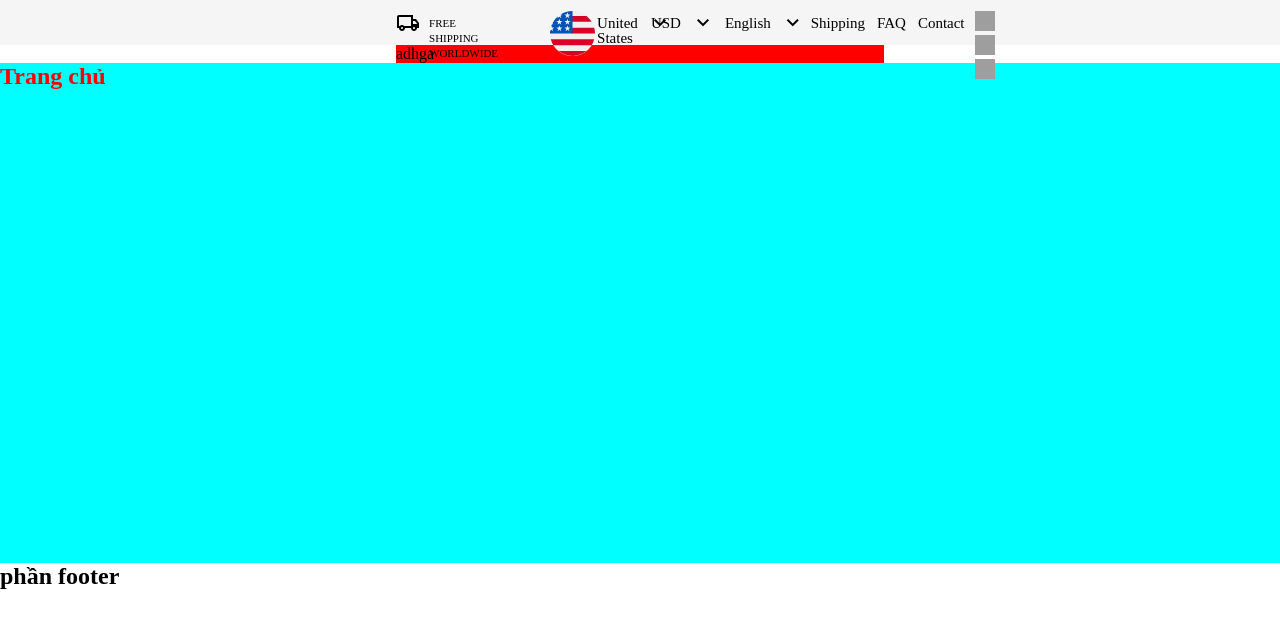
Repository: tatvanhco/shopper
Page: /
An editor plug-in stored every save of this project. The page is shown before and after the next save, followed by the edit.
The browser window is 1280 px wide. The pictures show the whole page.
Pictures or frames that could not be fetched are drawn as grey boxes. The project was rebuilt for these pictures with package versions that can differ from the ones it lists, and the page was loaded fresh each time.

Above is the page before, as saved 2022-09-24 13:33:33.

### src/index.tsx
import React from 'react';
import { createRoot } from 'react-dom/client';
import { Provider } from 'react-redux';
import { store } from './app/store';
import App from './App';
import reportWebVitals from './reportWebVitals';
import './index.scss';

const container = document.getElementById('root')!;
const root = createRoot(container);

root.render(
    <React.StrictMode>
        <Provider store={store}>
            <App />
        </Provider>
    </React.StrictMode>,
);

// If you want to start measuring performance in your app, pass a function
// to log results (for example: reportWebVitals(console.log))
// or send to an analytics endpoint. Learn more: https://bit.ly/CRA-vitals
reportWebVitals();

### src/app/store.ts
import { configureStore, ThunkAction, Action, getDefaultMiddleware } from '@reduxjs/toolkit';
import createSagaMiddleware from '@redux-saga/core';
import rootSaga from './rootSaga';

const sagaMiddleware = createSagaMiddleware();
export const store = configureStore({
    reducer: {

    },
    middleware: (getDefaultMiddleware) => {
        return getDefaultMiddleware().concat(sagaMiddleware);
    },
});

sagaMiddleware.run(rootSaga);

export type AppDispatch = typeof store.dispatch;
export type RootState = ReturnType<typeof store.getState>;
export type AppThunk<ReturnType = void> = ThunkAction<ReturnType, RootState, unknown, Action<string>>;

### src/App.tsx
import React from 'react';
import './App.scss';
import Header from 'components/header/header';
import Footer from 'components/footer/footer';
import Home from 'pages/home/home';

function App() {
    return (
        <div className="App">
            <Header />
            <Home />
            <Footer />
        </div>
    );
}

export default App;

### src/index.scss
/* @import 'normalize.css'; */
@import url('https://fonts.googleapis.com/css2?family=Roboto:wght@300;400;500;700&display=swap');
@import url('https://fonts.googleapis.com/css2?family=Material+Symbols+Outlined:opsz,wght,FILL,GRAD@20..48,100..700,0..1,-50..200');

body {
    margin: 0;
    padding: 0;
    /* font-family: -apple-system, BlinkMacSystemFont, 'Segoe UI', 'Roboto', 'Oxygen', 'Ubuntu', 'Cantarell', 'Fira Sans',
        'Droid Sans', 'Helvetica Neue', sans-serif; */
    -webkit-font-smoothing: antialiased;
    -moz-osx-font-smoothing: grayscale;
}

html {
    margin: 0;
    padding: 0;
}

code {
    font-family: source-code-pro, Menlo, Monaco, Consolas, 'Courier New', monospace;
}

p {
    margin: 0 !important;
    line-height: initial;
}

h1,
h2 {
    margin: 0;
}

### src/app/rootSaga.ts
function* rootSaga() {
    console.log('hahahha');
}

export default rootSaga;

### src/App.scss
.container {
    padding: 0px 16px;
    margin: 0 380px;
}

.d-flex {
    display: flex;
}

.ul {
    list-style: none;
    padding-left: 0;
}

.title {
    font-size: 15px;
    line-height: 15px;
    padding: 0 10px 0 2px;
}

.img-icon {
    width: 20px;
    height: 20px;
}

.p-4p {
    padding: 0 4px;
}

### src/components/header/header.tsx
import clsx from 'clsx';
import { url } from 'inspector';
import { Fragment } from 'react';
import styles from './header.module.scss';

function header() {
    return (
        <Fragment>
            <div className="header">
                <div className={styles.headerTop}>
                    <div className="container">
                        <div className={clsx(styles.headerContact, 'd-flex')}>
                            <div className="headerContactRight">
                                <ul className={clsx('headerContactRightItems', 'ul', 'd-flex')}>
                                    <li className={clsx('headerContactRightItem', 'd-flex')}>
                                        <span className={clsx('material-symbols-outlined', styles.icon)}>
                                            local_shipping
                                        </span>
                                        <p className={clsx(styles.titleShip)}>FREE SHIPPING WORLDWIDE</p>
                                    </li>
                                    <li className={clsx('headerContactRightItem', 'd-flex', 'p-4p')}>
                                        <div className={clsx(styles.nation, 'd-flex')}>
                                            <img
                                                className={styles.icon}
                                                src="data:[embedded picture, 137 characters]
                                                        nLzIwMDAvc3ZnIj4KPHBhdGggZD0iTTcgMTRDMTAuODY2IDE0IDE0IDEwLjg2NiAxNCA3QzE0IDMuMTM0MDEgMTAuODY2IDAgNyAwQzMuMTM0MDEgMCAwIDMuMTM0MDEgMCA3QzAgMTAuO
                                                        DY2IDMuMTM0MDEgMTQgNyAxNFoiIGZpbGw9IiNGMEYwRjAiLz4KPHBhdGggZD0iTTYuNjk1OCA2Ljk5OTk4SDE0LjAwMDFDMTQuMDAwMSA2LjM2ODE4IDEzLjkxNTkgNS43NTYxMiAxMy4
                                                        3NTkgNS4xNzM4OUg2LjY5NThWNi45OTk5OFoiIGZpbGw9IiNEODAwMjciLz4KPHBhdGggZD0iTTYuNjk1OCAzLjM0NzgzSDEyLjk3MjdDMTIuNTQ0MiAyLjY0ODU5IDExLjk5NjMgMi4wM
                                                        zA1NCAxMS4zNTc1IDEuNTIxNzNINi42OTU4VjMuMzQ3ODNaIiBmaWxsPSIjRDgwMDI3Ii8+CjxwYXRoIGQ9Ik02Ljk5OTk3IDE0QzguNjQ3NCAxNCAxMC4xNjE2IDEzLjQzMDYgMTEuMzU
                                                        3NCAxMi40NzgzSDIuNjQyNThDMy44MzgzMiAxMy40MzA2IDUuMzUyNTMgMTQgNi45OTk5NyAxNFoiIGZpbGw9IiNEODAwMjciLz4KPHBhdGggZD0iTTEuMDI3NDggMTAuNjUyMkgxMi45N
                                                        zI3QzEzLjMxNjcgMTAuMDkwOCAxMy41ODM1IDkuNDc3MjMgMTMuNzU4OSA4LjgyNjA3SDAuMjQxMjExQzAuNDE2Njc2IDkuNDc3MjMgMC42ODM0NjkgMTAuMDkwOCAxLjAyNzQ4IDEwLjY
                                                        1MjJaIiBmaWxsPSIjRDgwMDI3Ii8+CjxwYXRoIGQ9Ik0zLjI0MjUzIDEuMDkzMTVIMy44ODA0M0wzLjI4NzA3IDEuNTI0MjJMMy41MTM3MyAyLjIyMTczTDIuOTIwMzkgMS43OTA2NkwyL
                                                        jMyNzA2IDIuMjIxNzNMMi41MjI4NCAxLjYxOTE2QzIuMDAwNDEgMi4wNTQzNCAxLjU0MjUyIDIuNTY0MTkgMS4xNjUxNyAzLjEzMjI4SDEuMzY5NTdMMC45OTE4NjcgMy40MDY2OEMwLjk
                                                        zMzAyMyAzLjUwNDg0IDAuODc2NTg2IDMuNjA0NTYgMC44MjI1IDMuNzA1NzZMMS4wMDI4NiA0LjI2MDg3TDAuNjY2MzY3IDQuMDE2MzlDMC41ODI3MjMgNC4xOTM2IDAuNTA2MjE1IDQuM
                                                        zc0ODEgMC40Mzc0NDUgNC41NTk3OUwwLjYzNjE1MiA1LjE3MTQxSDEuMzY5NTdMMC43NzYyMDcgNS42MDI0OUwxLjAwMjg2IDYuM0wwLjQwOTUyNyA1Ljg2ODkzTDAuMDU0MTEzMyA2LjE
                                                        yNzE2QzAuMDE4NTM5MSA2LjQxMzEyIDAgNi43MDQzOSAwIDdIN0M3IDMuMTM0MDMgNyAyLjY3ODI3IDcgMEM1LjYxNzE3IDAgNC4zMjgxMSAwLjQwMTEzMyAzLjI0MjUzIDEuMDkzMTVaT
                                                        TMuNTEzNzMgNi4zTDIuOTIwMzkgNS44Njg5M0wyLjMyNzA2IDYuM0wyLjU1MzcxIDUuNjAyNDlMMS45NjAzNiA1LjE3MTQxSDIuNjkzNzdMMi45MjAzOSA0LjQ3MzlMMy4xNDcwMiA1LjE
                                                        3MTQxSDMuODgwNDNMMy4yODcwNyA1LjYwMjQ5TDMuNTEzNzMgNi4zWk0zLjI4NzA3IDMuNTYzMzZMMy41MTM3MyA0LjI2MDg3TDIuOTIwMzkgMy44Mjk3OUwyLjMyNzA2IDQuMjYwODdMM
                                                        i41NTM3MSAzLjU2MzM2TDEuOTYwMzYgMy4xMzIyOEgyLjY5Mzc3TDIuOTIwMzkgMi40MzQ3N0wzLjE0NzAyIDMuMTMyMjhIMy44ODA0M0wzLjI4NzA3IDMuNTYzMzZaTTYuMDI0NTkgNi4
                                                        zTDUuNDMxMjYgNS44Njg5M0w0LjgzNzkzIDYuM0w1LjA2NDU4IDUuNjAyNDlMNC40NzEyMiA1LjE3MTQxSDUuMjA0NjRMNS40MzEyNiA0LjQ3MzlMNS42NTc4OSA1LjE3MTQxSDYuMzkxM
                                                        0w1Ljc5Nzk0IDUuNjAyNDlMNi4wMjQ1OSA2LjNaTTUuNzk3OTQgMy41NjMzNkw2LjAyNDU5IDQuMjYwODdMNS40MzEyNiAzLjgyOTc5TDQuODM3OTMgNC4yNjA4N0w1LjA2NDU4IDMuNTY
                                                        zMzZMNC40NzEyMiAzLjEzMjI4SDUuMjA0NjRMNS40MzEyNiAyLjQzNDc3TDUuNjU3ODkgMy4xMzIyOEg2LjM5MTNMNS43OTc5NCAzLjU2MzM2Wk01Ljc5Nzk0IDEuNTI0MjJMNi4wMjQ1O
                                                        SAyLjIyMTczTDUuNDMxMjYgMS43OTA2Nkw0LjgzNzkzIDIuMjIxNzNMNS4wNjQ1OCAxLjUyNDIyTDQuNDcxMjIgMS4wOTMxNUg1LjIwNDY0TDUuNDMxMjYgMC4zOTU2MzdMNS42NTc4OSA
                                                        xLjA5MzE1SDYuMzkxM0w1Ljc5Nzk0IDEuNTI0MjJaIiBmaWxsPSIjMDA1MkI0Ii8+Cjwvc3ZnPgo="
                                                alt=""
                                            />
                                            <p className={clsx('title')}>United States</p>
                                            <span className={clsx('material-symbols-outlined', styles.icon)}>
                                                expand_more
                                            </span>
                                        </div>
                                    </li>
                                    <li className={clsx('headerContactRightItem', 'd-flex', 'p-4p')}>
                                        <div className={clsx(styles.nation, 'd-flex')}>
                                            <p className={clsx('title')}>USD</p>
                                            <span className={clsx('material-symbols-outlined', styles.icon)}>
                                                expand_more
                                            </span>
                                        </div>
                                    </li>
                                    <li className={clsx('headerContactRightItem', 'd-flex', 'p-4p')}>
                                        <div className={clsx(styles.nation, 'd-flex')}>
                                            <p className={clsx('title')}>English</p>
                                            <span className={clsx('material-symbols-outlined', styles.icon)}>
                                                expand_more
                                            </span>
                                        </div>
                                    </li>
                                </ul>
                            </div>
                            <div className="headerContactLeft">
                                <ul className={clsx(styles.headerContactLeftItems, 'd-flex', 'ul')}>
                                    <div className={clsx(styles.headerContactR, 'd-flex')}>
                                        <li className={clsx('headerContactLeftItem')}>
                                            <p className={clsx('title')}>Shipping</p>
                                        </li>
                                        <li className={clsx('headerContactLeftItem')}>
                                            <p className={clsx('title')}>FAQ</p>
                                        </li>
                                        <li className={clsx('headerContactLeftItem')}>
                                            <p className={clsx('title')}>Contact</p>
                                        </li>
                                    </div>
                                    <li className={clsx('headerContactLeftItem')}>
                                        <img
                                            className={clsx('img-icon', styles.icon)}
                                            src="https://cdn-icons-png.flaticon.com/512/1384/1384005.png"
                                            alt="Facebook"
                                        />
                                        <img
                                            className={clsx('img-icon', styles.icon)}
                                            src="https://cdn-icons-png.flaticon.com/512/3661/3661391.png"
                                            alt="Instagram"
                                        />
                                        <img
                                            className={clsx('img-icon', styles.icon)}
                                            src="https://cdn-icons-png.flaticon.com/512/1384/1384028.png"
                                            alt="Youtube"
                                        />
                                    </li>
                                </ul>
                            </div>
                        </div>
                    </div>
                </div>
                <div className="headerBottom">
                    <div className="container">
                        <div className={clsx(styles.headerFrom)}>adhga</div>
                    </div>
                </div>
            </div>
        </Fragment>
    );
}

export default header;

### src/components/footer/footer.tsx
function footer() {
    return <h2>phần footer</h2>;
}

export default footer;

### src/pages/home/home.tsx
import clsx from 'clsx';
import styles from './home.module.scss';

function Home() {
    return (
        <>
            <h2 className={clsx(styles.heading)}>Trang chủ</h2>
        </>
    );
}

export default Home;

### src/components/header/header.module.scss
.headerTop {
    background-color: #f5f5f5;
}

.headerContact {
    height: 45px;
    justify-content: space-between;
    vertical-align: middle;
}

.headerFrom {
    background-color: red;
}

.titleShip {
    font-size: 11px;
    line-height: 15px;
    padding: 0px 48px 0 9px;
}

.icon {
    transform: translateY(-5px);
}

.headerContactLeftItems {
    justify-content: space-between;
}

.headerContactR {
    padding-right: 15;
}

### src/pages/home/home.module.scss
.heading {
    height: 500px;
    background-color: aqua;
    color: red;
}

.active {
    background-color: yellow;
}

Loaded but not shown: public/index.html (common file); src/reportWebVitals.ts (common file)

After the next save:
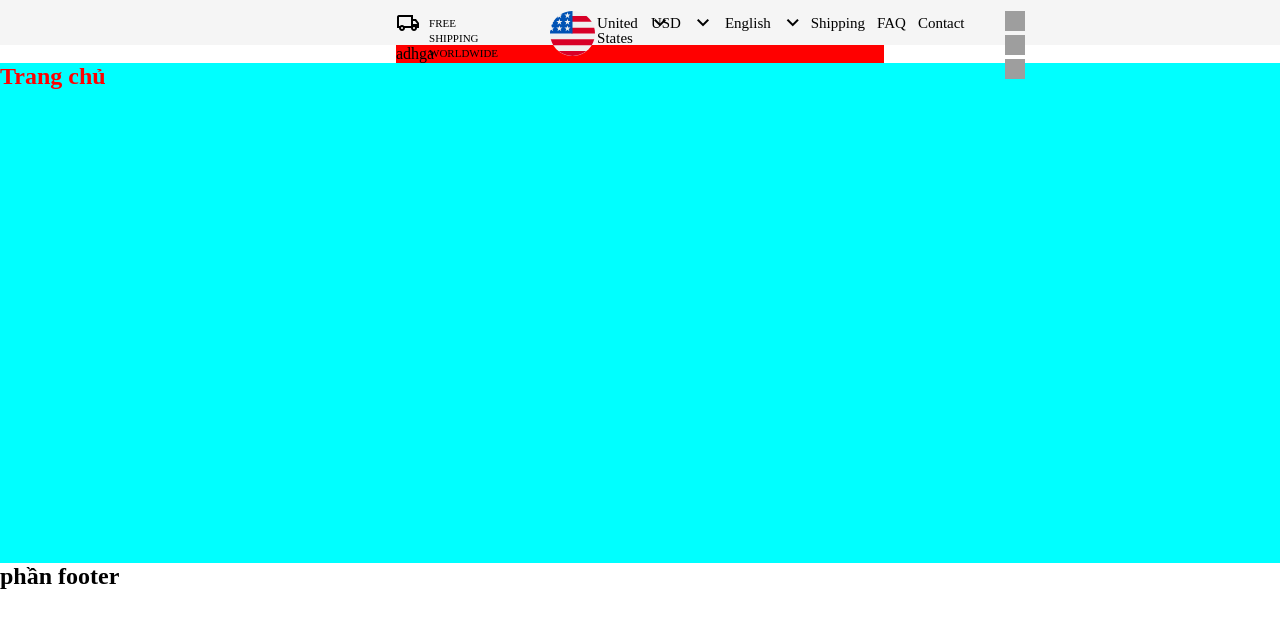
Saved 4 s later.
--- a/src/components/header/header.module.scss
+++ b/src/components/header/header.module.scss
@@ -27,5 +27,5 @@
 }
 
 .headerContactR {
-    padding-right: 15;
+    padding-right: 30px;
 }
